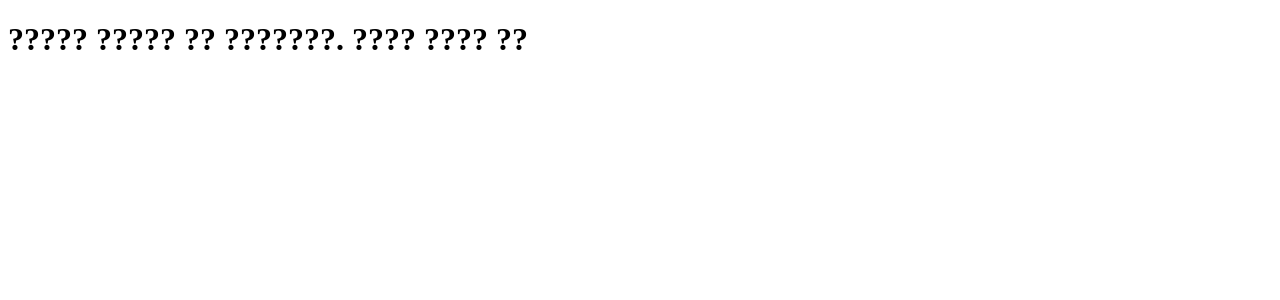
Repository: Jungsol/Servlet_JSP_study
Page: http://localhost/JSP/ex05_errorPage.jsp
An editor plug-in stored every save of this project. The page is shown before and after the next save, followed by the edit.
The browser window is 1280 px wide. The pictures show the whole page.
The page is served by Tomcat 9. Other server files are loaded and not shown.

Above is the page before, as saved 2023-06-08 14:40:35.

### JSP/src/main/webapp/ex05_errorPage.jsp
<%@ page language="java" contentType="text/html; charset=EUC-KR"
	pageEncoding="UTF-8" errorPage="ex05_errorPage.html"%>
<!DOCTYPE html>
<html>
<head>
<meta charset="UTF-8">
<title>Insert title here</title>
</head>
<body>
	<%=2/0 %>
</body>
</html>

### JSP/src/main/webapp/ex05_errorPage.html
<!DOCTYPE html>
<html>
<head>
<meta charset="EUC-KR">
<title>Insert title here</title>
</head>
<body>
	<h1>서비스를 이용할 수 없습니다. 서버 점검 중 </h1>
</body>
</html>

After the next save:
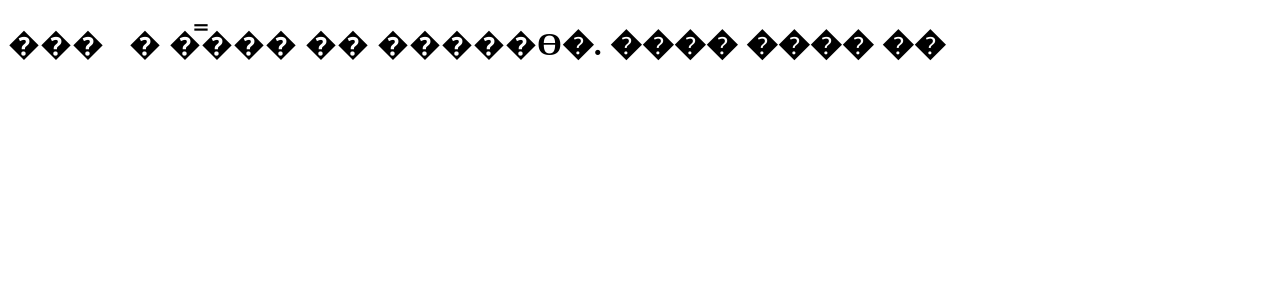
Saved 16 s later.
--- a/JSP/src/main/webapp/ex05_errorPage.jsp
+++ b/JSP/src/main/webapp/ex05_errorPage.jsp
@@ -1,4 +1,4 @@
-<%@ page language="java" contentType="text/html; charset=EUC-KR"
+<%@ page language="java" contentType="text/html; charset=UTF-8"
 	pageEncoding="UTF-8" errorPage="ex05_errorPage.html"%>
 <!DOCTYPE html>
 <html>
